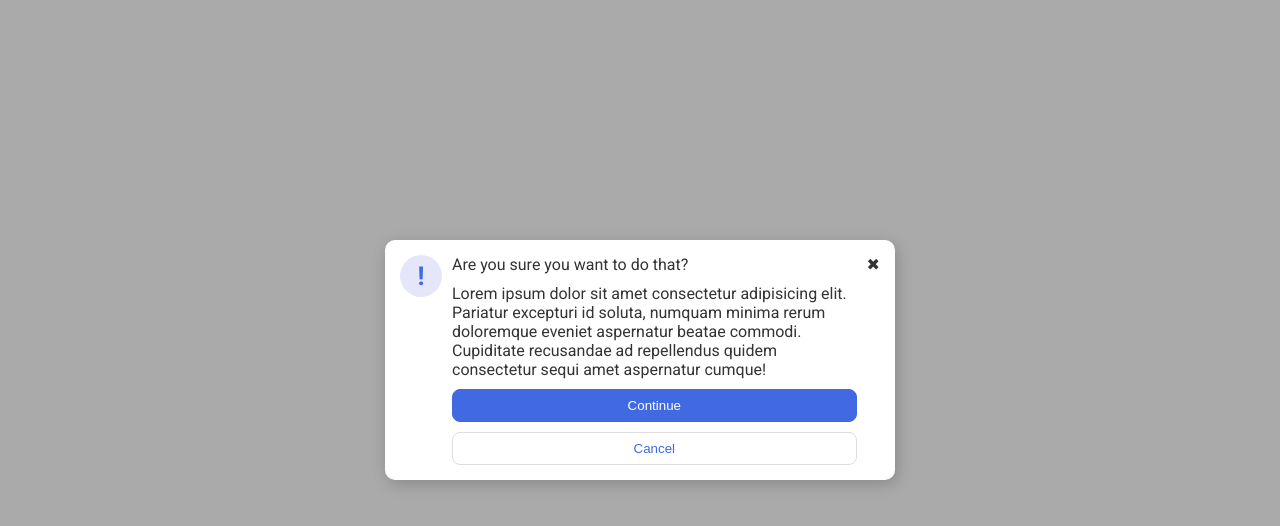
Repository: ridgely/css-exercises
Page: flex/05-flex-modal/index.html
These files come from the project's save history. The page is drawn as it stood at one moment and after the next save; the edit follows.
The browser window is 1280 px wide. The pictures show the whole page.

Above is the page before, as saved 2022-07-06 14:27:24.

### flex/05-flex-modal/index.html
<!DOCTYPE html>
<html lang="en">
  <head>
    <meta charset="UTF-8">
    <meta http-equiv="X-UA-Compatible" content="IE=edge">
    <meta name="viewport" content="width=device-width, initial-scale=1.0">
    <link rel="stylesheet" href="style.css">
    <title>Modal</title>
  </head>
  <body>
    <div class="modal">
      <div class="column-1">
        <div class="icon">!</div>
      </div>
      <div class="column-2">
        <div class="header">Are you sure you want to do that?</div>
        <div class="text">Lorem ipsum dolor sit amet consectetur adipisicing elit. Pariatur excepturi id soluta, numquam minima rerum doloremque eveniet aspernatur beatae commodi. Cupiditate recusandae ad repellendus quidem consectetur sequi amet aspernatur cumque!</div>
        <button class="continue">Continue</button>
        <button class="cancel">Cancel</button>
      </div>
      <div class="column-3">
        <div class="close-button">✖</div>
      </div>
    </div>
  </body>
</html>

### flex/05-flex-modal/style.css
@import url('https://fonts.googleapis.com/css2?family=Roboto:wght@400;700&display=swap');

html, body {
  height: 100%;
}

body {
  font-family: Roboto, sans-serif;
  margin: 0;
  background: #aaa;
  color: #333;
  /* I'll give you this one for free lol */
  display: flex;
  align-items: center;
  justify-content: center;
}

.modal {
  background: white;
  width: 480px;
  border-radius: 10px;
  box-shadow: 2px 4px 16px rgba(0,0,0,.2);
  display: flex;
  gap: 10px;
  padding: 15px;
}

.icon {
  color: royalblue;
  font-size: 26px;
  font-weight: 700;
  background: lavender;
  width: 42px;
  height: 42px;
  border-radius: 50%;
  display: flex;
  align-items: center;
  justify-content: center;
}

.column-2 {
  display: flex;
  flex-direction: column;
  gap: 10px;
}

.head

.close-button {
  background: #eee;
  border-radius: 50%;
  color: #888;
  font-weight: 400;
  font-size: 16px;
  height: 24px;
  width: 24px;
  display: flex;
  align-items: center;
  justify-content: center;
}

button {
  padding: 8px 16px;
  border-radius: 8px;
}

button.continue {
  background: royalblue;
  border: 1px solid royalblue;
  color: white;
}

button.cancel {
  background: white;
  border: 1px solid #ddd;
  color: royalblue;
}

After the next save:
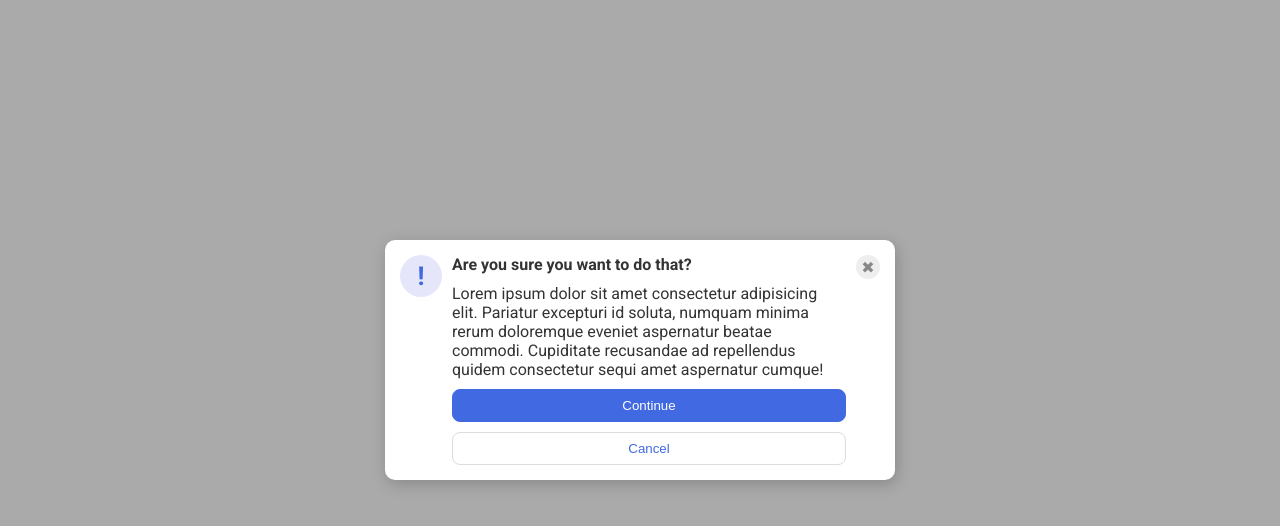
Saved 6 s later.
--- a/flex/05-flex-modal/style.css
+++ b/flex/05-flex-modal/style.css
@@ -44,7 +44,9 @@ body {
   gap: 10px;
 }
 
-.head
+.header {
+  font-weight: bold;
+}
 
 .close-button {
   background: #eee;
